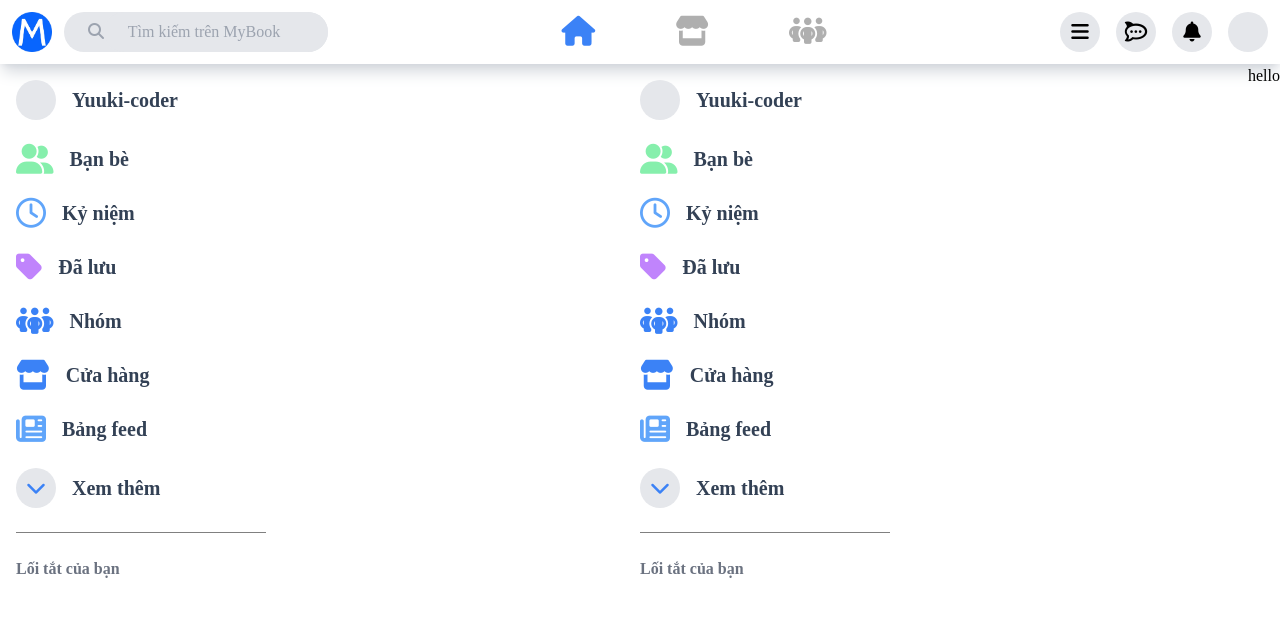
Repository: Yuukicoder/MyBook
Page: / (app in mybook/)
These files come from the project's save history. The page is drawn as it stood at one moment and after the next save; the edit follows.
The browser window is 1280 px wide. The pictures show the whole page.
The project was rebuilt for these pictures with package versions that can differ from the ones it lists, and the page was loaded fresh each time.

Above is the page before, as saved 2023-12-14 09:01:37.

After the next save:
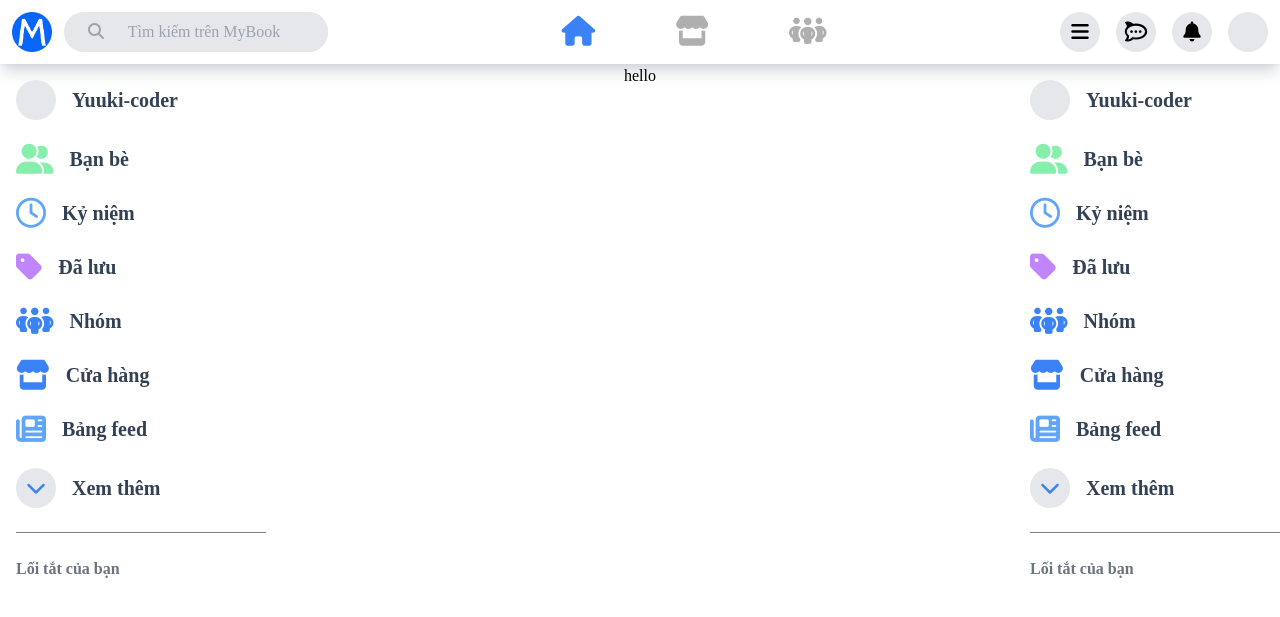
Saved 6 s later.
--- a/mybook/src/App.js
+++ b/mybook/src/App.js
@@ -9,8 +9,8 @@ import News from './News';
         <Navbar/>
         <div class="flex justify-between">
         <Option name="Yuuki-coder"/>
+        <News/>
         <Option name="Yuuki-coder"/>
-        <News/>
         {/* <Friend_contact/> */}
         </div>
 
